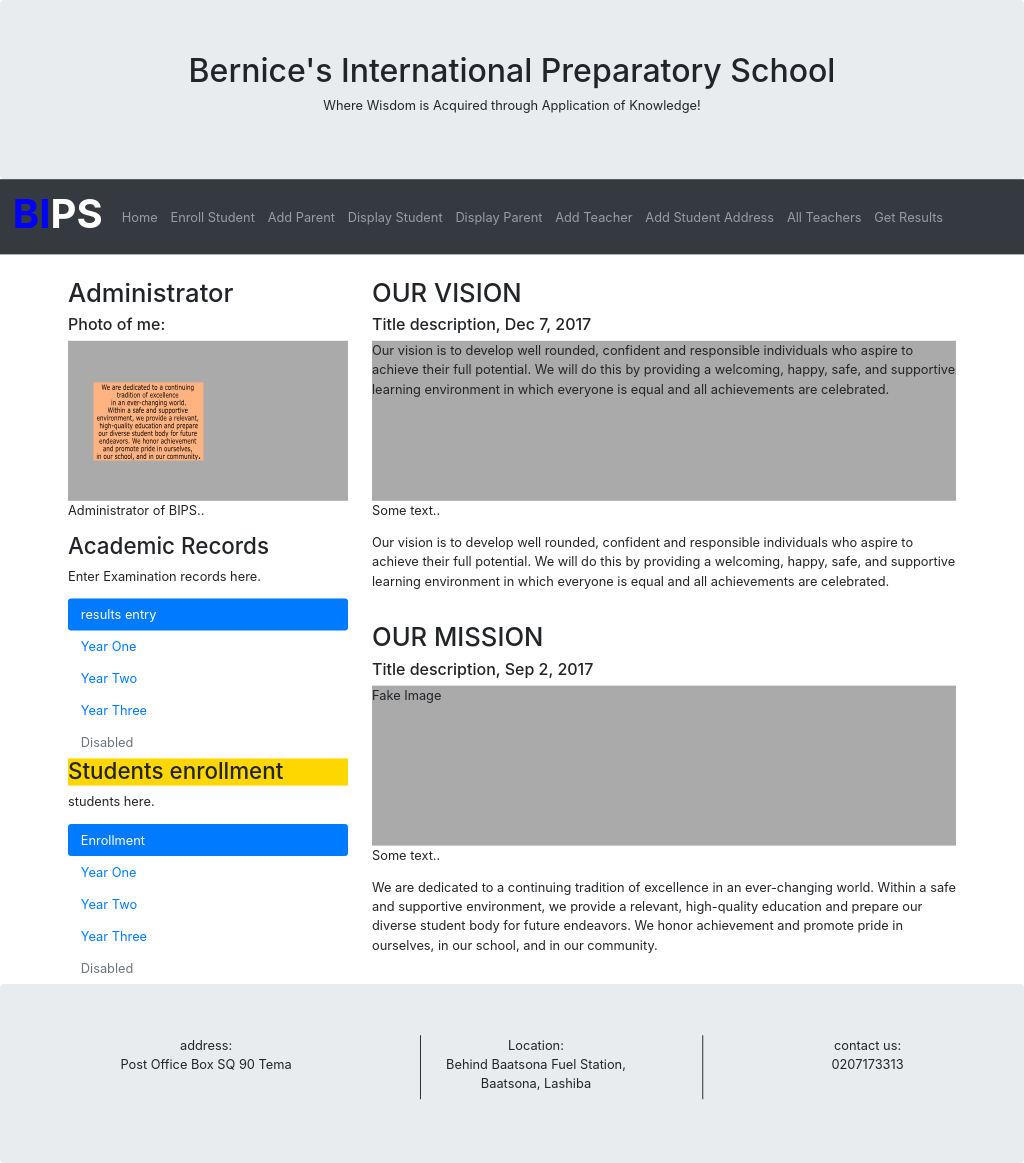
Repository: joseackah/eclipse-workspace
Page: http://localhost/com.school.mgt.system.Front.End/WEB-INF/views/adminPageExample.jsp
The author's editor kept a copy of each file at every save. The page is drawn from the files as they stood at one save, then again after the next save.
The browser window is 1280 px wide. The pictures show the whole page, at 80% of full size.
The page is served by Tomcat 9. Nobody is signed in. The template is opened directly, without the code that normally fills it, so the values that code supplies are empty.

Above is the page before, as saved 2021-08-12 21:11:37.

After the next save:
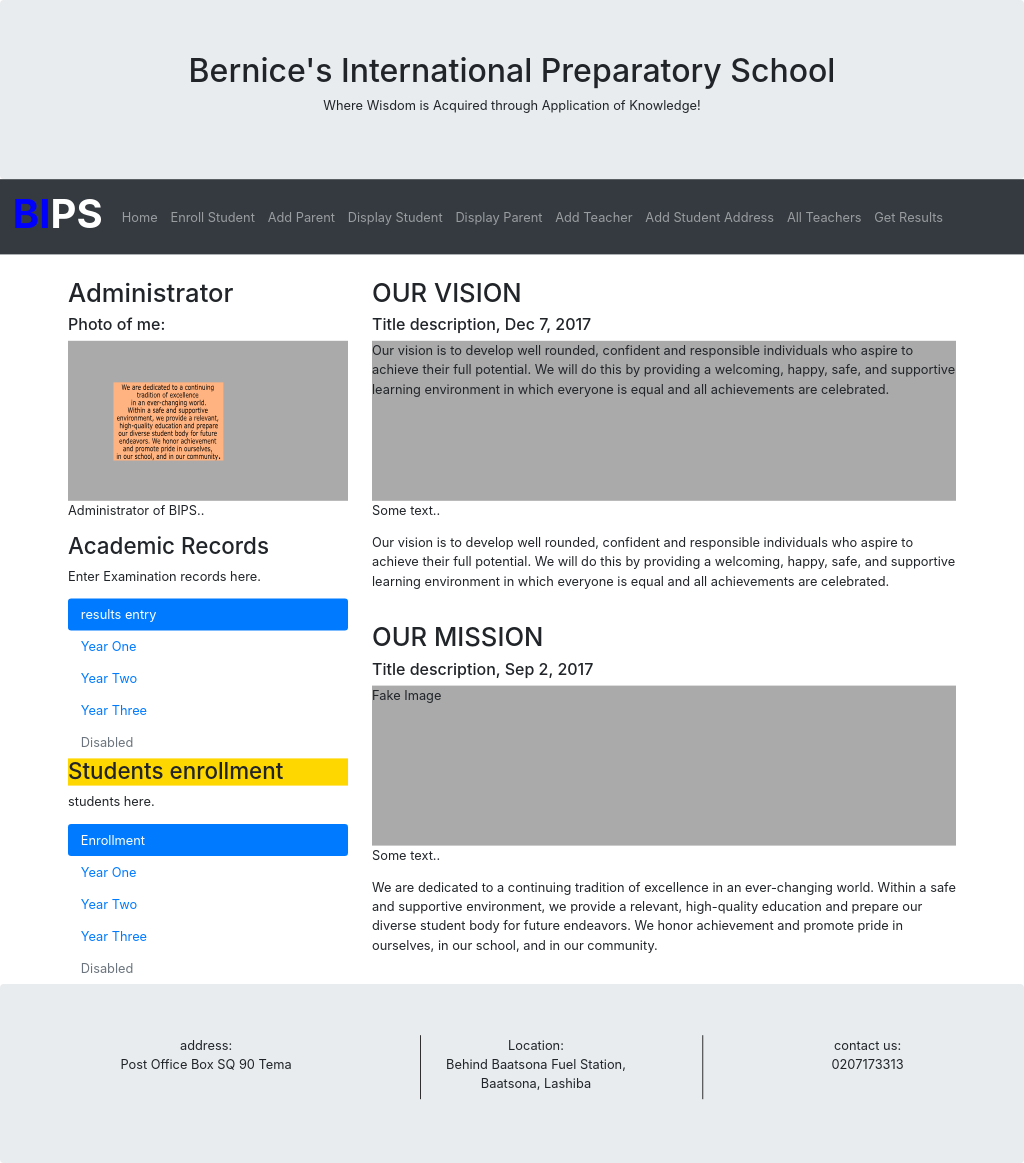
Saved 23 s later.
--- a/com.school.mgt.system.Front.End/src/main/webapp/WEB-INF/views/adminPageExample.jsp
+++ b/com.school.mgt.system.Front.End/src/main/webapp/WEB-INF/views/adminPageExample.jsp
@@ -67,7 +67,7 @@
     <div class="col-sm-4">
       <h2>Administrator</h2>
       <h5>Photo of me:</h5>
-      <div class="fakeimg"> <img alt="our mision" src="${pageContext.request.contextPath}/resources/svg/mission.svg" style="width:200px; height:200px;"/>  </div>
+      <div class="fakeimg"> <img alt="our mision" src="${pageContext.request.contextPath}/resources/svg/mission.svg" style="width:250px; height:200px;"/>  </div>
       <p>Administrator of BIPS..</p>
 
     <!--   academic record start here -->
